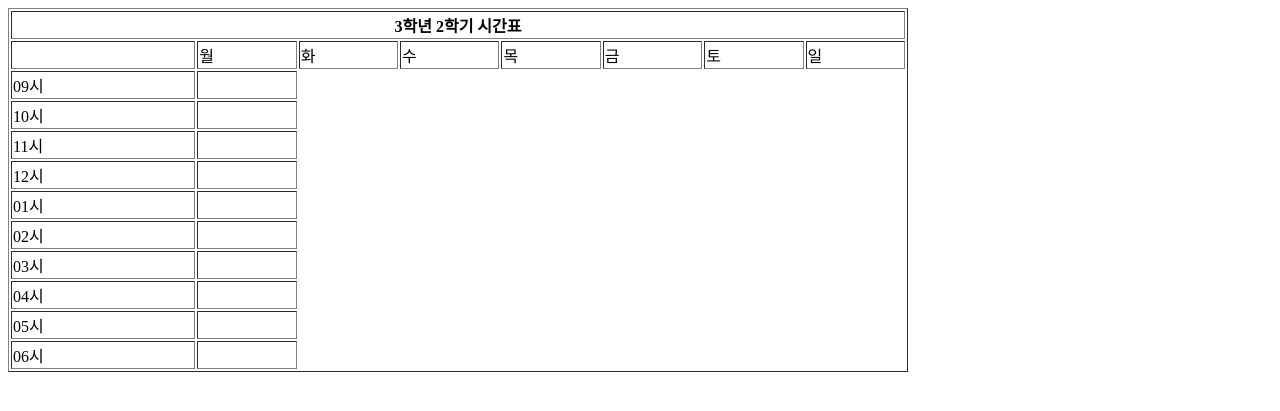
Repository: Cha-Ji/InternetProgramming
Page: week01/WebContent/hw04.html
An editor plug-in stored every save of this project. The page is shown before and after a run of saves, followed by the edit.
The browser window is 1280 px wide. The pictures show the whole page.

Above is the page before, as saved 2020-09-06 13:09:47.

After the next 2 saves:
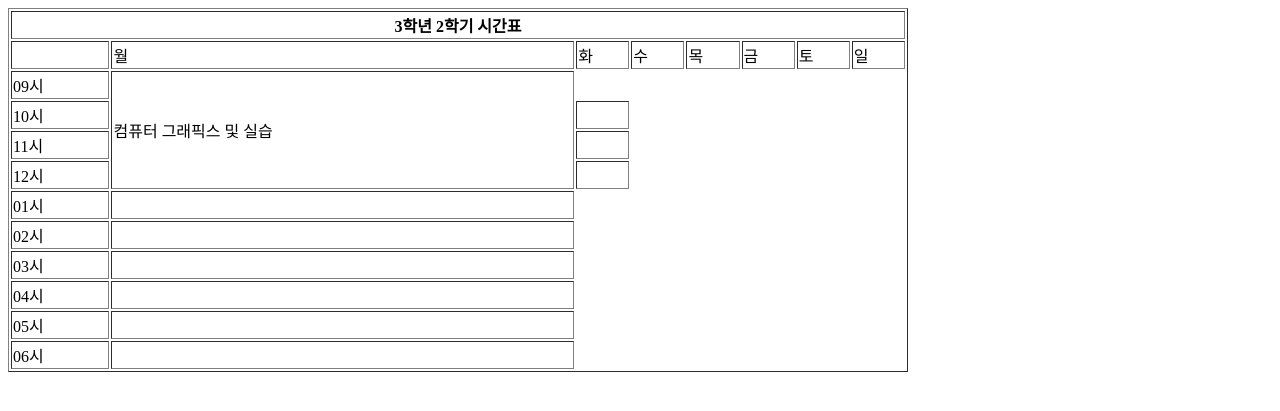
The 2 saves are shown as one change because they came seconds apart.
The last was saved 57 s later.
--- a/week01/WebContent/hw04.html
+++ b/week01/WebContent/hw04.html
@@ -12,7 +12,7 @@
 	</tr>
 	<tr>
 	    <td>09시</td>
-	    <td></td>
+	    <td rowspan = "4">컴퓨터 그래픽스 및 실습</td>
 	</tr>
 	<tr>
 	    <td>10시</td>
